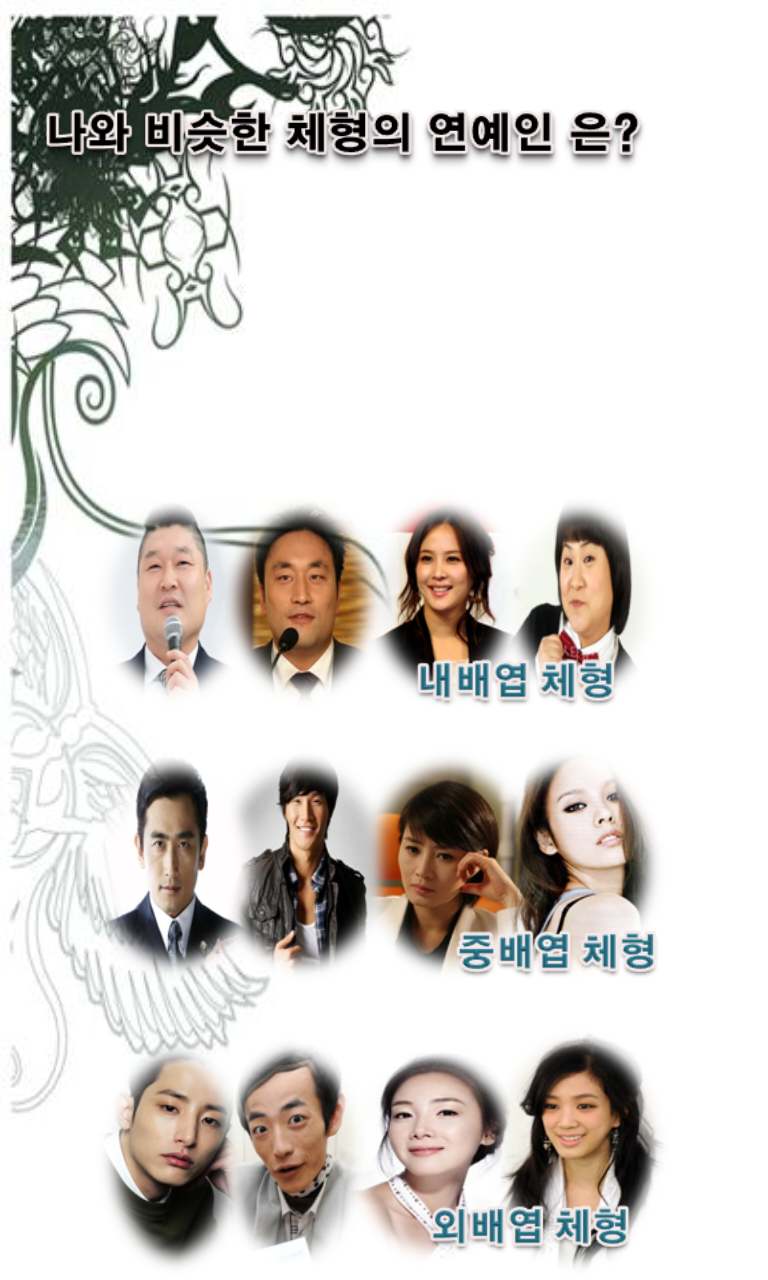
Repository: LewisLim579/2013TeamProject
Layout: PtsApp/res/layout/starc.xml
The author's editor kept a copy of each file at every save. The layout is drawn from the files as they stood at one save, then again after the next save.
It is drawn on a 768 x 1280 px phone screen (xhdpi) without system bars, with theme android:Theme.NoTitleBar.Fullscreen; the app's code is not run.

Above is the layout before, as saved 2013-05-22 17:58:57.

### PtsApp/res/layout/starc.xml
<?xml version="1.0" encoding="utf-8"?>
<RelativeLayout xmlns:android="http://schemas.android.com/apk/res/android"
    android:layout_width="match_parent"
    android:layout_height="match_parent"
    android:background="@drawable/back" >

    <ImageButton
        android:id="@+id/oib"
        android:layout_width="match_parent"
        android:layout_height="wrap_content"
        android:layout_alignParentBottom="true"
        android:layout_alignParentLeft="true"
        android:background="#00000000"
        android:src="@drawable/oi" />

    <ImageButton
        android:id="@+id/jungb"
        android:layout_width="match_parent"
        android:layout_height="wrap_content"
        android:layout_above="@+id/oib"
        android:layout_alignParentLeft="true"
        android:layout_marginBottom="16dp"
        android:background="#00000000"
        android:src="@drawable/jung" />

    <ImageButton
        android:id="@+id/nab"
        android:layout_width="match_parent"
        android:layout_height="wrap_content"
        android:layout_above="@+id/jungb"
        android:layout_alignParentLeft="true"
        android:layout_marginBottom="14dp"
        android:background="#00000000"
        android:src="@drawable/na" />

    <ImageView
        android:id="@+id/imageView1"
        android:layout_width="wrap_content"
        android:layout_height="wrap_content"
        android:layout_alignParentLeft="true"
        android:layout_alignParentTop="true"
        android:layout_marginTop="42dp"
        android:src="@drawable/sttt" />

</RelativeLayout>

After the next save:
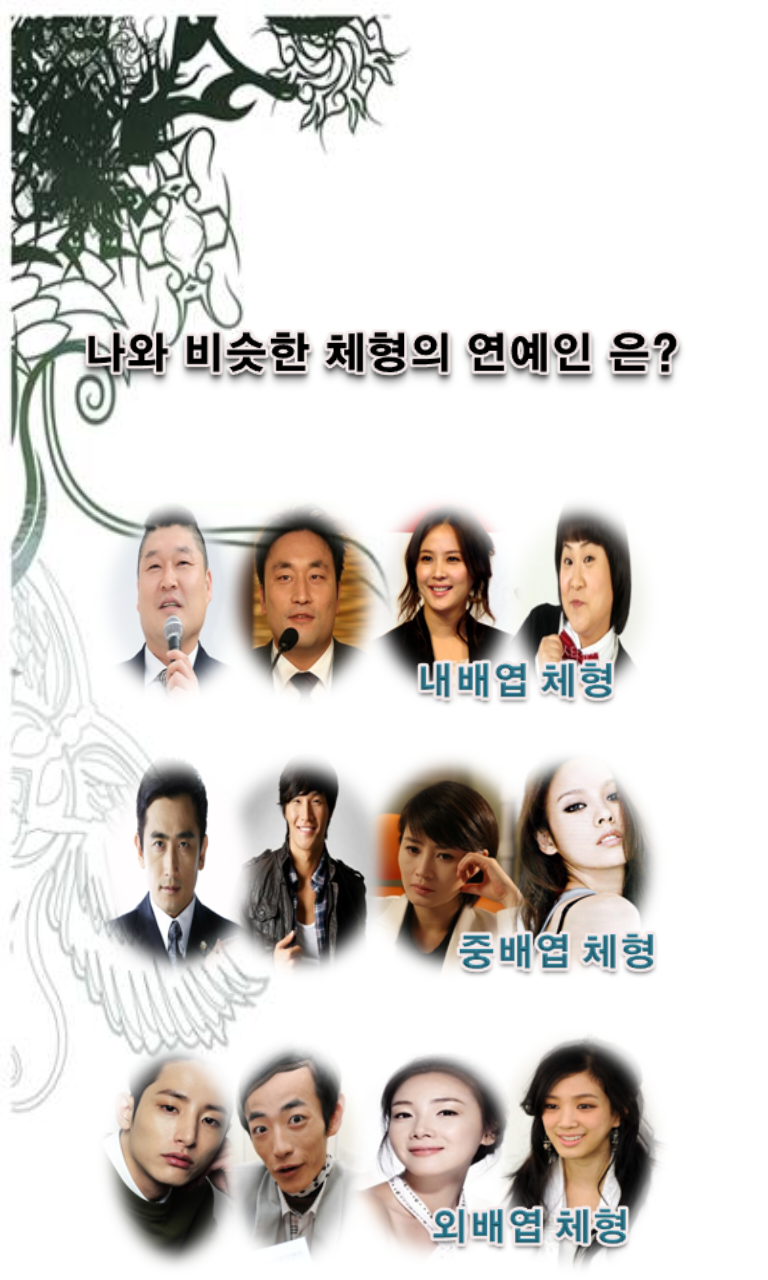
Saved 2 min 29 s later.
--- a/PtsApp/res/layout/starc.xml
+++ b/PtsApp/res/layout/starc.xml
@@ -37,9 +37,9 @@
         android:id="@+id/imageView1"
         android:layout_width="wrap_content"
         android:layout_height="wrap_content"
-        android:layout_alignParentLeft="true"
-        android:layout_alignParentTop="true"
-        android:layout_marginTop="42dp"
+        android:layout_above="@+id/nab"
+        android:layout_centerHorizontal="true"
+        android:layout_marginBottom="40dp"
         android:src="@drawable/sttt" />
 
 </RelativeLayout>
